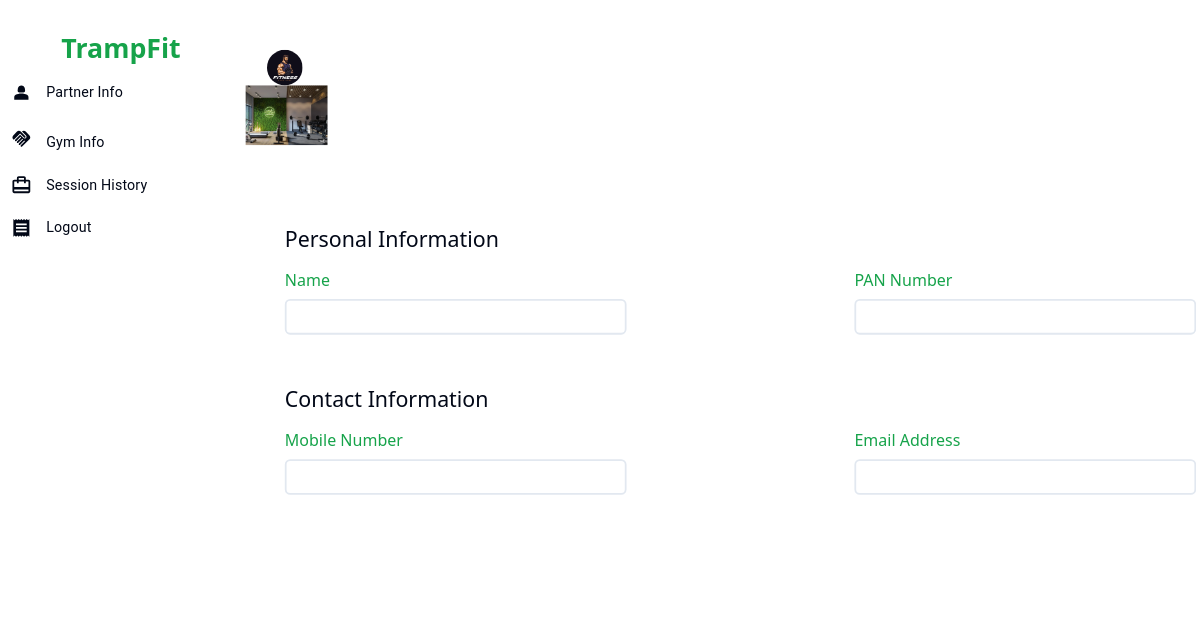
Repository: ezioxatul/TrampFit-Website
Page: /partner/partnerDashboard/partnerInfo (app in Frontend/)
These files come from the project's save history. The page is drawn as it stood at one moment and after the next save; the edit follows.
The browser window is 1280 px wide. The page is 1344 px wide, so the pictures cover 1344 px, including what lies to the right of the window. The pictures show the whole page, at 89% of full size.
The project was rebuilt for these pictures with package versions that can differ from the ones it lists, and the page was loaded fresh each time. The framework's server and built-in components were replaced by stand-ins that run in the browser. Also part of the build but not shown: Frontend/next.config.js, Frontend/next.config.mjs, Frontend/components/Loader.js, Frontend/components/Popup.js.

Above is the page before, as saved 2024-05-16 18:15:18.

### Frontend/pages/_app.js
import Loader from "@/components/Loader";
import "@/styles/globals.css";
import { useRouter } from "next/router";
import { useEffect, useState } from "react";


const Loading = () => {

  return (
    <Loader/>
  );
}

export default function App({ Component, pageProps }) {

  const [loading, setLoading] = useState(false);
  const router = useRouter();

  useEffect(() => {
    const handleStart = () => setLoading(true);
    const handleComplete = () => setLoading(false);

    router.events.on('routeChangeStart', handleStart);
    router.events.on('routeChangeComplete', handleComplete);
    router.events.on('routeChangeError', handleComplete);

    return () => {
      router.events.off('routeChangeStart', handleStart);
      router.events.off('routeChangeComplete', handleComplete);
      router.events.off('routeChangeError', handleComplete);
    };
  }, []);

  return (
    <>
    <div className="h-2">
      {
        loading  &&
          <Loading />

      }
      </div>
          <Component {...pageProps} />

    </>
  );
}

### Frontend/pages/_document.js
import { Html, Head, Main, NextScript } from "next/document";

export default function Document() {
  return (
    <Html lang="en">
          <Head />
          <body>
            <Main />
            <NextScript />
          </body>
        </Html>
        );
}

### Frontend/pages/partner/partnerDashboard/partnerInfo.js
import PartnerSideBar from "@/components/PartnerSideBar";
import { Avatar } from "@mui/material";
import { Input } from "@/components/ui/input";
import Image from "next/image";
import { Label } from "@/components/ui/label";
import { useEffect, useState } from "react";
import { useRouter } from "next/router";
import { ToastContainer, toast } from "react-toastify";

export default function partnerInfo() {
    const inputClassName = "w-96 text-lg border-2";
    const labelClassName = "text-lg text-green-600 font-normal";
    const containerClassName = "ml-80";

    return (
        <>
            <div className="flex flex-col">
                <div className="flex">
                    <PartnerSideBar />
                    <div>
                        <Avatar className="w-36 mx-auto mt-12 h-36 text-6xl bg-black" src="/gymname.png" />
                        <Image src="/gymInfo.png" width={96} height={36} ></Image>
                    </div>
                </div>
                <div className=" mt-[-5rem]">
                    <h1 className={`${containerClassName} text-2xl mb-4`}>Personal Information</h1>
                    <div className={`${containerClassName} flex mb-10`}>
                        <div className="mr-32 space-y-2">
                            <Label htmlFor="name" className={labelClassName}>
                                Name
                            </Label>
                            <Input type="text" className={inputClassName} />
                        </div>
                        <div className="ml-32 space-y-2">
                            <Label htmlFor="panNumber" className={labelClassName}>
                                PAN Number
                            </Label>
                            <Input type="text" className={inputClassName} />
                        </div>
                    </div>
                </div>
                <div>
                    <h1 className={`${containerClassName} text-2xl mb-4 mt-4`}>Contact Information</h1>
                    <div className={`${containerClassName} flex mb-10`}>
                        <div className="mr-32 space-y-2">
                            <Label htmlFor="name" className={labelClassName}>
                                Mobile Number
                            </Label>
                            <Input type="text" className={inputClassName} />
                        </div>
                        <div className="ml-32 space-y-2 mb-10">
                            <Label htmlFor="city" className={labelClassName}>
                                Email Address
                            </Label>
                            <Input type="text" className={inputClassName} />
                        </div>
                        <ToastContainer />
                    </div>
                </div>
            </div>
        </>
    );
}

### Frontend/styles/globals.css
@tailwind base;
@tailwind components;
@tailwind utilities;


@layer base {
  :root {
    --background: 0 0% 100%;
    --foreground: 222.2 84% 4.9%;

    --card: 0 0% 100%;
    --card-foreground: 222.2 84% 4.9%;

    --popover: 0 0% 100%;
    --popover-foreground: 222.2 84% 4.9%;

    --primary: 222.2 47.4% 11.2%;
    --primary-foreground: 210 40% 98%;

    --secondary: 210 40% 96.1%;
    --secondary-foreground: 222.2 47.4% 11.2%;

    --muted: 210 40% 96.1%;
    --muted-foreground: 215.4 16.3% 46.9%;

    --accent: 210 40% 96.1%;
    --accent-foreground: 222.2 47.4% 11.2%;

    --destructive: 0 84.2% 60.2%;
    --destructive-foreground: 210 40% 98%;

    --border: 214.3 31.8% 91.4%;
    --input: 214.3 31.8% 91.4%;
    --ring: 222.2 84% 4.9%;

    --radius: 0.5rem;
  }

  .dark {
    --background: 222.2 84% 4.9%;
    --foreground: 210 40% 98%;

    --card: 222.2 84% 4.9%;
    --card-foreground: 210 40% 98%;

    --popover: 222.2 84% 4.9%;
    --popover-foreground: 210 40% 98%;

    --primary: 210 40% 98%;
    --primary-foreground: 222.2 47.4% 11.2%;

    --secondary: 217.2 32.6% 17.5%;
    --secondary-foreground: 210 40% 98%;

    --muted: 217.2 32.6% 17.5%;
    --muted-foreground: 215 20.2% 65.1%;

    --accent: 217.2 32.6% 17.5%;
    --accent-foreground: 210 40% 98%;

    --destructive: 0 62.8% 30.6%;
    --destructive-foreground: 210 40% 98%;

    --border: 217.2 32.6% 17.5%;
    --input: 217.2 32.6% 17.5%;
    --ring: 212.7 26.8% 83.9%;
  }
}

@layer base {
  * {
    @apply border-border;
  }
  body {
    @apply bg-background text-foreground;
  }
}


.outline_remove:focus{


}
.focus-visible\:ring-offset-2:focus-visible{
  border:none !important;
  outline: none !important;
  border-style: none;
}

### Frontend/components/PartnerSideBar.js
import List from '@mui/material/List';
import ListItemButton from '@mui/material/ListItemButton';
import ListItemText from '@mui/material/ListItemText';
import Person2Icon from '@mui/icons-material/Person2';
import HandshakeIcon from '@mui/icons-material/Handshake';
import CardTravelIcon from '@mui/icons-material/CardTravel';
import ReceiptIcon from '@mui/icons-material/Receipt';
import LogoutIcon from '@mui/icons-material/Logout';

import { useState } from 'react';
import Link from 'next/link';
import Popup from './Popup';
import { useRouter } from 'next/router';

export default function PartnerSideBar() {

    let SideBarHeading = ['Partner Info', 'Gym Info', 'Session History', 'Logout'];

    let router = useRouter();
    let [start, setStart] = useState(false);

    const logout = () => {
        setStart(!start);
    }


    const logoutEvent = () => {
        localStorage.removeItem('partnerToken');
        setStart(false);
        router.push('/partner/partnerLogin')
    }
    return (
        <>
            <div className=" w-72  m-[-8px] p-1  mb-10">
                <Link href="#"><h1 className=' text-green-600 text-3xl font-semibold text-center mt-8 cursor-pointer'>TrampFit</h1></Link>

                <List className='bg-white mt-8 ml-6 space-y-2'>
                    {
                        SideBarHeading.map((text, index) => {
                            return (
                                index === 1 ?
                                    <>

                                        <ListItemButton className=' space-x-4 flex justify-between hover:bg-green-100 hover:rounded-2xl hover:text-green-600'>
                                            <Link href="/partner/partnerDashboard/gymInfo" className='flex space-x-4 '>
                                                <HandshakeIcon className='text-2xl' />
                                                <ListItemText primary={text} />
                                            </Link>
                                        </ListItemButton>

                                    </> :
                                    index === 0 ?
                                        <Link href="/partner/partnerDashboard/partnerInfo">
                                            <ListItemButton className=' space-x-4 hover:bg-green-100 hover:rounded-2xl hover:text-green-600'>
                                                <Person2Icon className='text-2xl' />
                                                <ListItemText primary={text} />
                                            </ListItemButton>
                                        </Link> :
                                        index === 2 ?
                                            <Link href="#">
                                                <ListItemButton className=' space-x-4 hover:bg-green-100 hover:rounded-2xl hover:text-green-600'>
                                                    <CardTravelIcon className='text-2xl' />
                                                    <ListItemText primary={text} />
                                                </ListItemButton>
                                            </Link> :
                                            index === 3 ?
                                                <Link href="#">
                                                    <ListItemButton className=' space-x-4 hover:bg-green-100 hover:rounded-2xl hover:text-green-600'>
                                                        <ReceiptIcon className='text-2xl' />
                                                        <ListItemText primary={text} />
                                                    </ListItemButton>
                                                </Link> :
                                                <ListItemButton className=' space-x-4 hover:bg-green-100 hover:rounded-2xl hover:text-green-600' onClick={logout}>
                                                    <LogoutIcon className='text-2xl' />
                                                    <ListItemText primary={text} />
                                                    <Popup open={start} title={"Do you Really want to Logout?"} cancel="Cancel" logout="Logout" logoutEvent={logoutEvent} cancelEvent={logout} />
                                                </ListItemButton>
                            )
                        })
                    }
                </List>
            </div>
        </>
    );
}

### Frontend/tailwind.config.js
/** @type {import('tailwindcss').Config} */
module.exports = {
  darkMode: ["class"],
  content: [
    './pages/**/*.{js,jsx}',
    './components/**/*.{js,jsx}',
    './app/**/*.{js,jsx}',
    './src/**/*.{js,jsx}',
  ],
  prefix: "",
  theme: {
    container: {
      center: true,
      padding: "2rem",
      screens: {
        "2xl": "1400px",
      },
    },
    extend: {fontFamily: {
      play: ["Play", "sans-serif"],
    },
      colors: {
        border: "hsl(var(--border))",
        input: "hsl(var(--input))",
        ring: "hsl(var(--ring))",
        background: "hsl(var(--background))",
        foreground: "hsl(var(--foreground))",
        primary: {
          DEFAULT: "hsl(var(--primary))",
          foreground: "hsl(var(--primary-foreground))",
        },
        secondary: {
          DEFAULT: "hsl(var(--secondary))",
          foreground: "hsl(var(--secondary-foreground))",
        },
        destructive: {
          DEFAULT: "hsl(var(--destructive))",
          foreground: "hsl(var(--destructive-foreground))",
        },
        muted: {
          DEFAULT: "hsl(var(--muted))",
          foreground: "hsl(var(--muted-foreground))",
        },
        accent: {
          DEFAULT: "hsl(var(--accent))",
          foreground: "hsl(var(--accent-foreground))",
        },
        popover: {
          DEFAULT: "hsl(var(--popover))",
          foreground: "hsl(var(--popover-foreground))",
        },
        card: {
          DEFAULT: "hsl(var(--card))",
          foreground: "hsl(var(--card-foreground))",
        },
      },
      borderRadius: {
        lg: "var(--radius)",
        md: "calc(var(--radius) - 2px)",
        sm: "calc(var(--radius) - 4px)",
      },
      keyframes: {
        "accordion-down": {
          from: { height: "0" },
          to: { height: "var(--radix-accordion-content-height)" },
        },
        "accordion-up": {
          from: { height: "var(--radix-accordion-content-height)" },
          to: { height: "0" },
        },
      },
      animation: {
        "accordion-down": "accordion-down 0.2s ease-out",
        "accordion-up": "accordion-up 0.2s ease-out",
      },
    },
  },
  plugins: [require("tailwindcss-animate")],
}

Loaded but not shown: Frontend/components/ui/input.jsx (common file); Frontend/components/ui/label.jsx (common file); Frontend/lib/utils.js (common file)

After the next save:
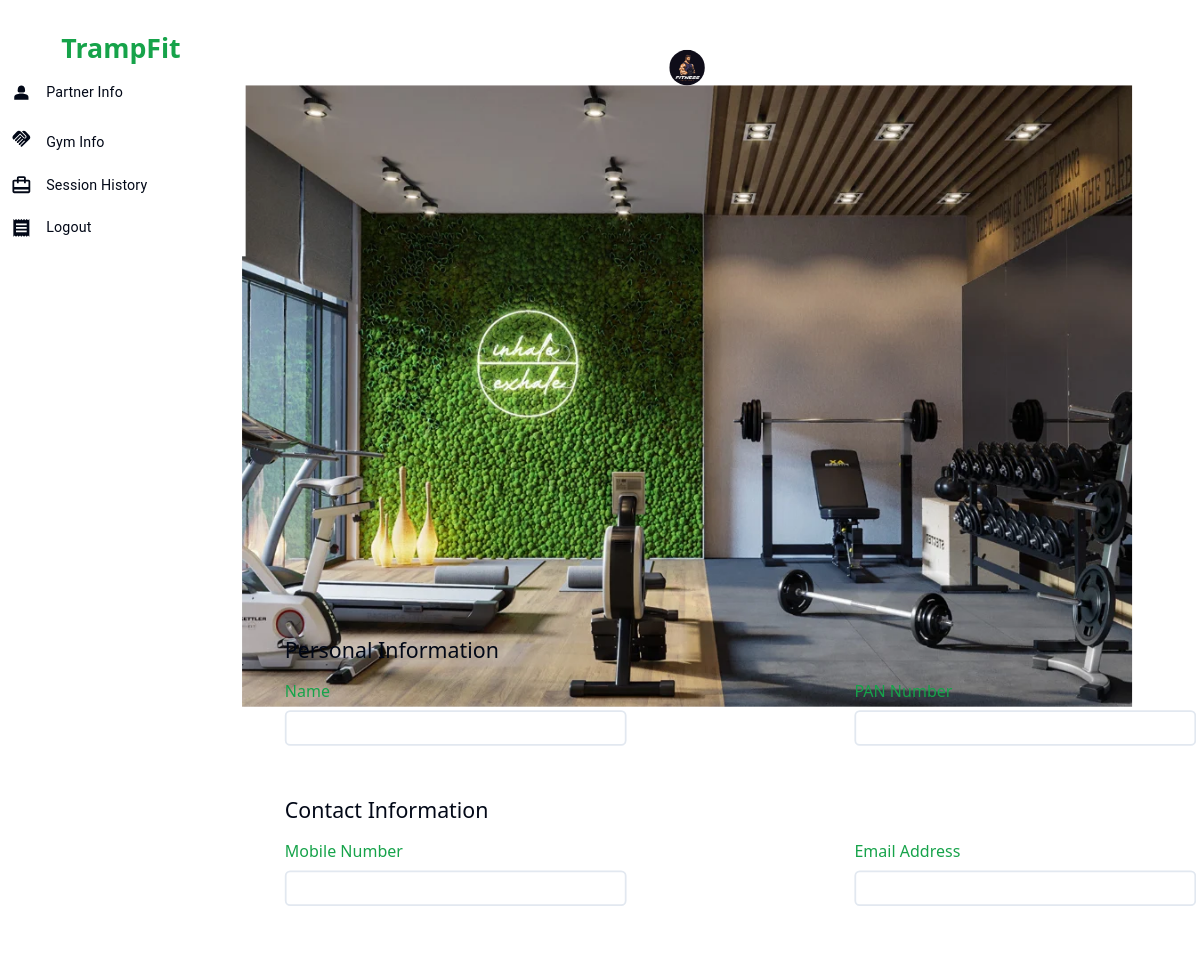
Saved 27 s later.
--- a/Frontend/pages/partner/partnerDashboard/partnerInfo.js
+++ b/Frontend/pages/partner/partnerDashboard/partnerInfo.js
@@ -19,7 +19,7 @@ export default function partnerInfo() {
                     <PartnerSideBar />
                     <div>
                         <Avatar className="w-36 mx-auto mt-12 h-36 text-6xl bg-black" src="/gymname.png" />
-                        <Image src="/gymInfo.png" width={96} height={36} ></Image>
+                        <Image src="/gymInfo.png" width={1000} height={36} ></Image>
                     </div>
                 </div>
                 <div className=" mt-[-5rem]">
